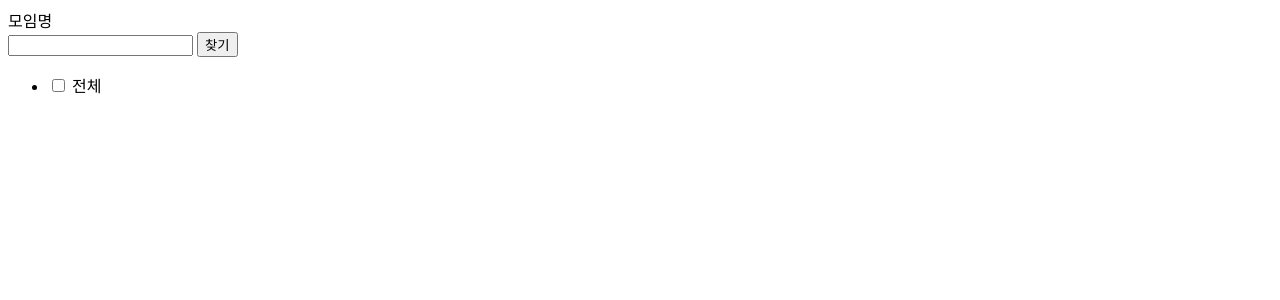
Repository: onpul/TEAM1
Page: http://localhost/Riding/mj/RidingList.jsp
An editor plug-in stored every save of this project. The page is shown before and after the next save, followed by the edit.
The browser window is 1280 px wide. The pictures show the whole page.
The page is served by Tomcat 9. Other server files are loaded and not shown.

Above is the page before, as saved 2022-06-04 10:25:23.

### Riding/WebContent/mj/RidingList.jsp
<%@ page contentType="text/html; charset=UTF-8"%>
<%
	request.setCharacterEncoding("UTF-8");
	String cp = request.getContextPath();
%>
<!DOCTYPE html>
<html>
<head>
<meta charset="UTF-8">
<title>Insert title here</title>
</head>
<body>
<div>
	<div>모임명</div>
	<input type="text" />
	<input type="button" value="찾기"/>
</div>
<div>
	<ul>
		<li>
		<label><input type="checkbox" name="age" value="전체"> 전체</label>
		</li>
	</ul>
</div>
</body>
</html>

After the next save:
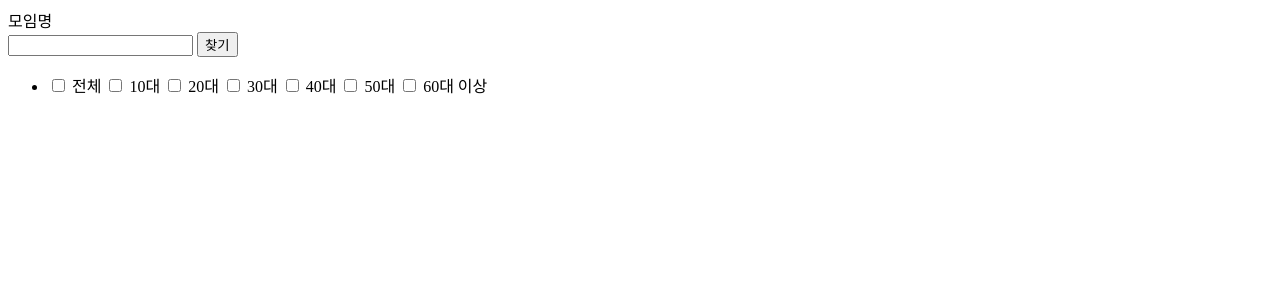
Saved 60 s later.
--- a/Riding/WebContent/mj/RidingList.jsp
+++ b/Riding/WebContent/mj/RidingList.jsp
@@ -19,6 +19,12 @@
 	<ul>
 		<li>
 		<label><input type="checkbox" name="age" value="전체"> 전체</label>
+		<label><input type="checkbox" name="age" value="10대"> 10대</label>
+		<label><input type="checkbox" name="age" value="20대"> 20대</label>
+		<label><input type="checkbox" name="age" value="30대"> 30대</label>
+		<label><input type="checkbox" name="age" value="40대"> 40대</label>
+		<label><input type="checkbox" name="age" value="50대"> 50대</label>
+		<label><input type="checkbox" name="age" value="60대 이상"> 60대 이상</label>
 		</li>
 	</ul>
 </div>
